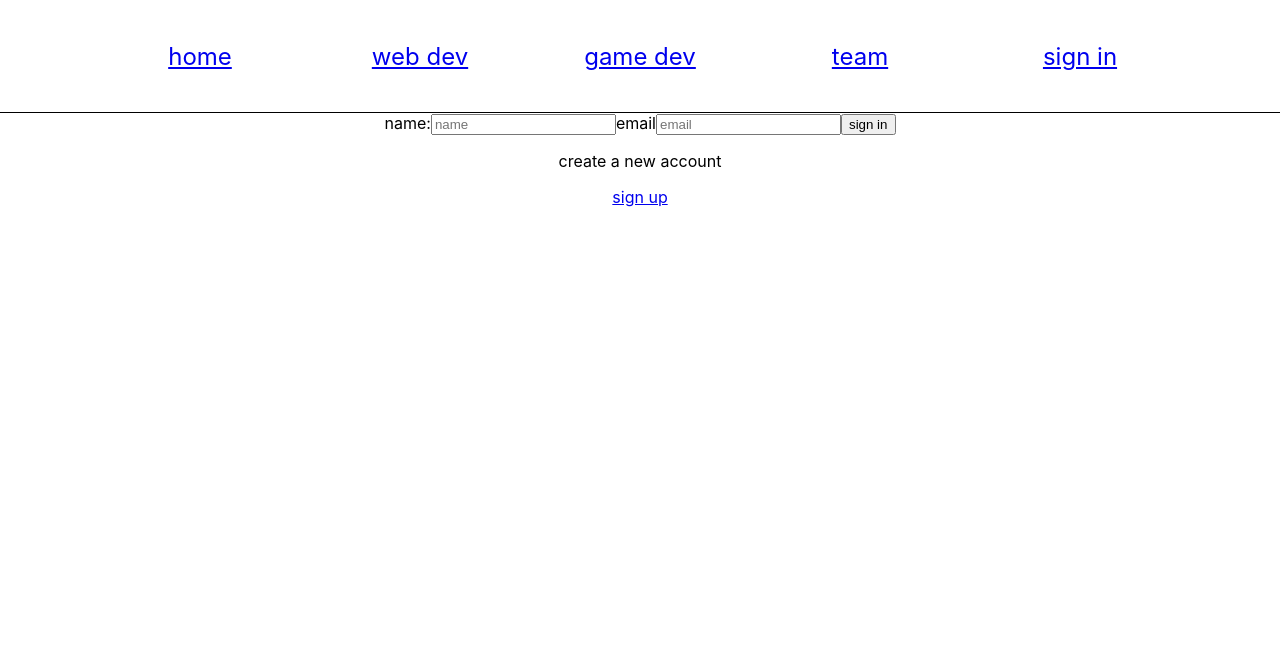
Repository: romAtam/5778
Page: /signin
The author's editor kept a copy of each file at every save. The page is drawn from the files as they stood at one save, then again after the next save.
The browser window is 1280 px wide. The pictures show the whole page.
The project was rebuilt for these pictures with package versions that can differ from the ones it lists, and the page was loaded fresh each time. Also part of the build but not shown: src/Pages/Home.js, src/Pages/Game.js, src/Pages/Web.js, src/Pages/Team.js, src/Pages/User.js, src/Pages/Register.js.

Above is the page before, as saved 2021-12-11 22:03:21.

After the next save:
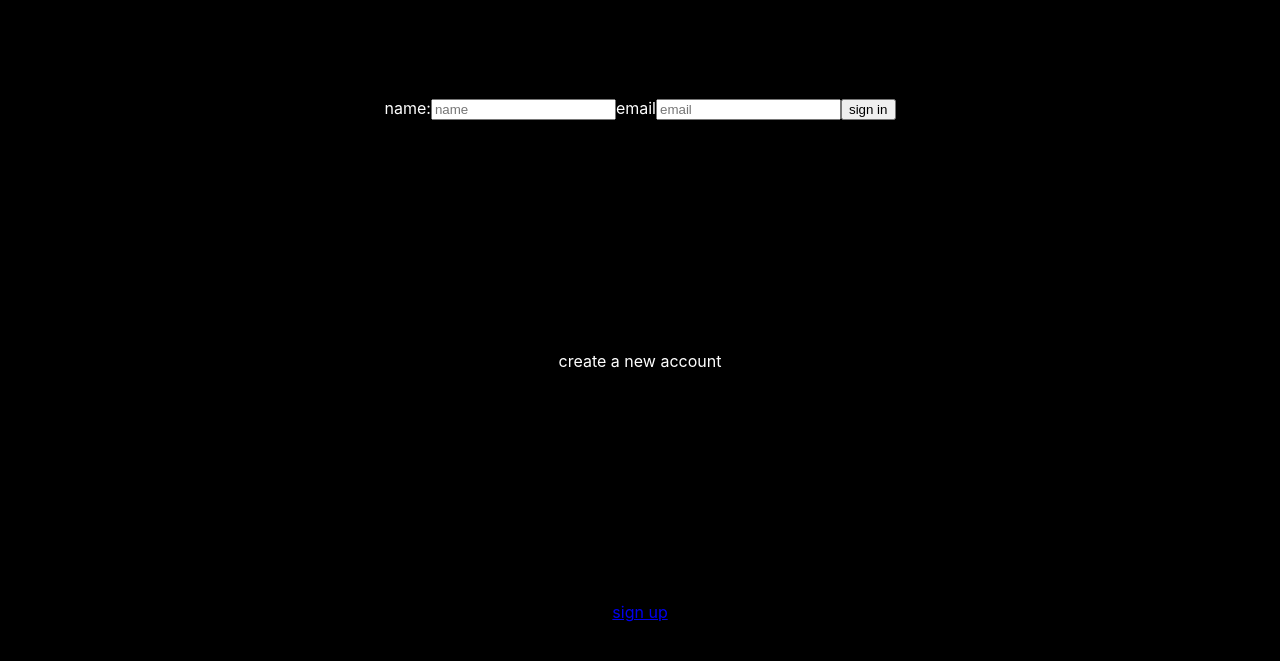
Saved 32 s later.
--- a/src/Pages/Signin.js
+++ b/src/Pages/Signin.js
@@ -21,7 +21,7 @@ color:white;
 
 const Signin = () => {
     return (
-        <div>
+        <FormWrapper>
             <form action="">
                 <label htmlFor="name">name:</label>
                  <input type="text" placeholder="name"/>
@@ -32,7 +32,7 @@ const Signin = () => {
             </form>
  <p>create a new account</p>
  <Link to="/register">sign up</Link>
-        </div>
+        </FormWrapper>
     )
 }
 
